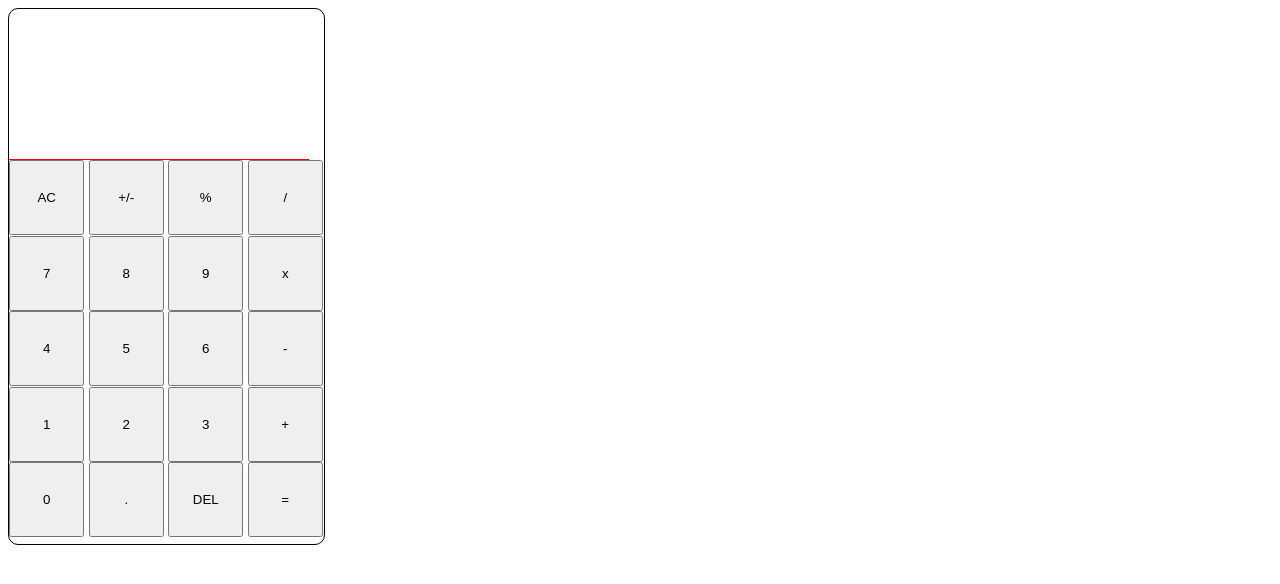
Repository: baziz22/Vanilla_JS_Projects
Page: claculator/index.html
These files come from the project's save history. The page is drawn as it stood at one moment and after the next save; the edit follows.
The browser window is 1280 px wide. The pictures show the whole page.

Above is the page before, as saved 2022-02-28 07:25:37.

After the next save:
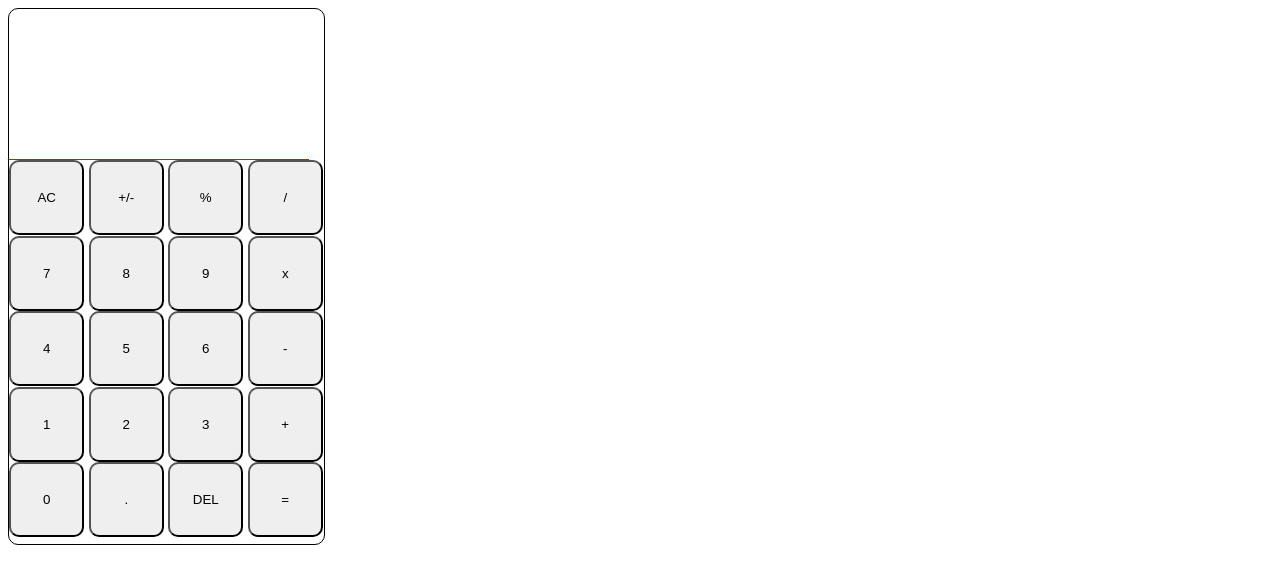
Saved 19 s later.
--- a/claculator/style.css
+++ b/claculator/style.css
@@ -8,6 +8,7 @@ button {
   margin: 0.25px;
   width: 75px;
   height: 75px;
+  border-radius: 10px;
 }
 #output {
   width: 300px;
